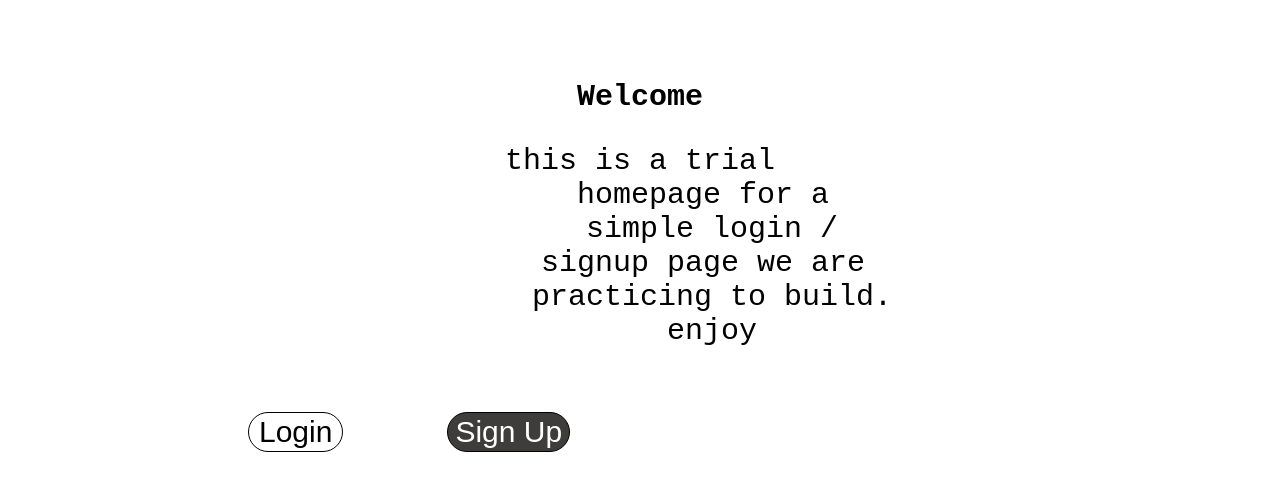
Repository: yhung004/TUTORIAL_PAGE
Page: home.html
An editor plug-in stored every save of this project. The page is shown before and after the next save, followed by the edit.
The browser window is 1280 px wide. The pictures show the whole page.

Above is the page before, as saved 2024-04-10 01:55:20.

After the next save:
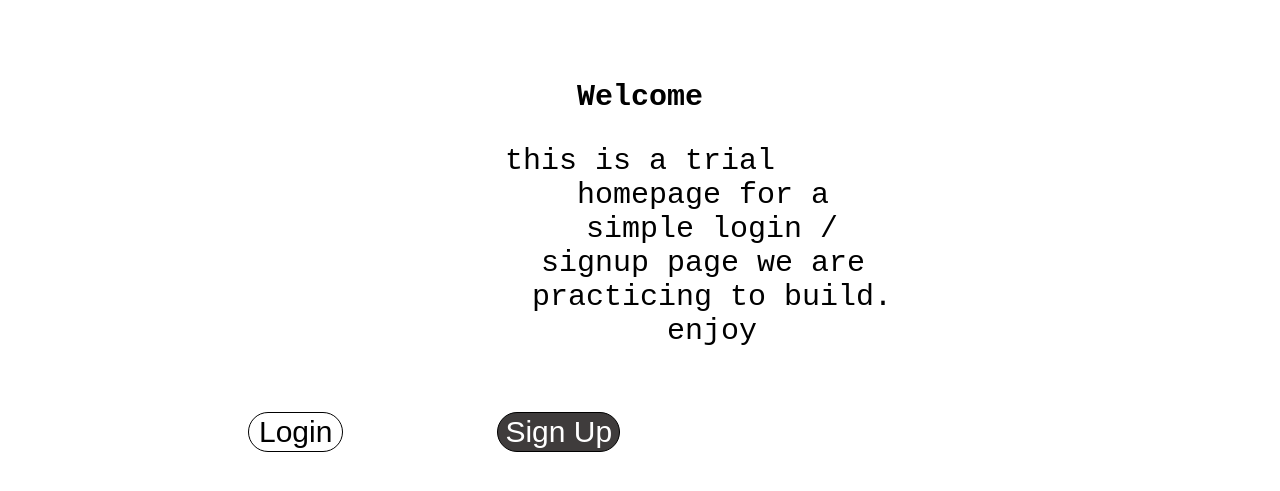
Saved 14 s later.
--- a/main.css
+++ b/main.css
@@ -20,7 +20,7 @@
 }
 .button_b {
     position: relative;
-    margin: 0 -250px 0 300px;
+    margin: 0 -300px 0 350px;
     border : 1px solid black;
     border-radius: 20px;
     background-color: rgb(63, 60, 60);
